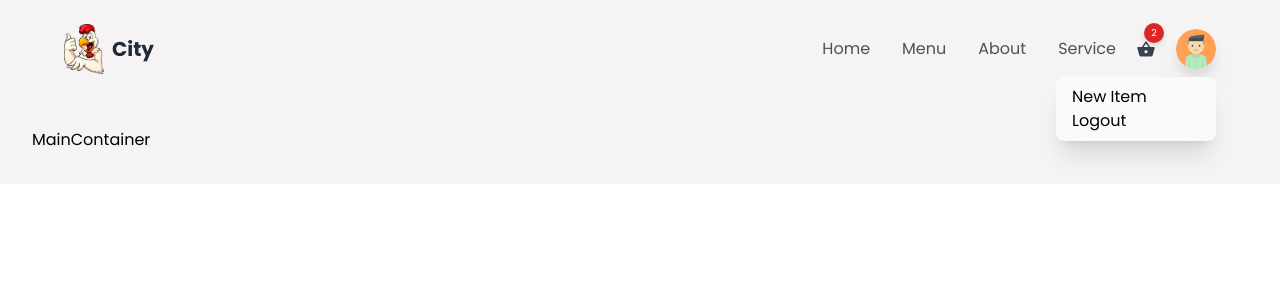
Repository: shikubro90/foodApp
Page: /
The author's editor kept a copy of each file at every save. The page is drawn from the files as they stood at one save, then again after a run of saves.
The browser window is 1280 px wide. The pictures show the whole page.
The project was rebuilt for these pictures with package versions that can differ from the ones it lists, and the page was loaded fresh each time. Also part of the build but not shown: src/Components/CreateContainer.jsx.

Above is the page before, as saved 2022-09-21 19:27:56.

After the next 4 saves:
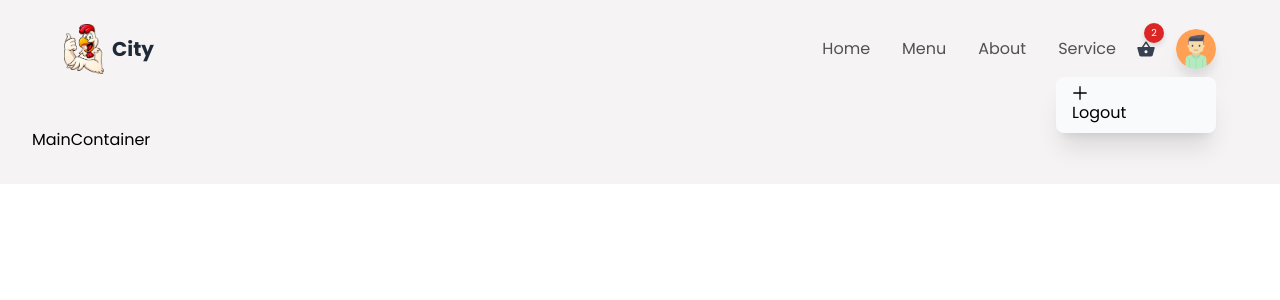
The 4 saves are shown as one change because they came seconds apart.
The last was saved 13 s later.
--- a/src/Components/Header.jsx
+++ b/src/Components/Header.jsx
@@ -90,7 +90,7 @@
               onClick={login}
             />
             <div className='w-40 shadow-xl absolute bg-gray-50 right-0 top-12 rounded-lg flex flex-col px-4 py-2'>
-              <p>New Item</p>
+              <p><GrAdd/></p>
               <p>Logout</p>
             </div>
 

After the 2 saves that followed:
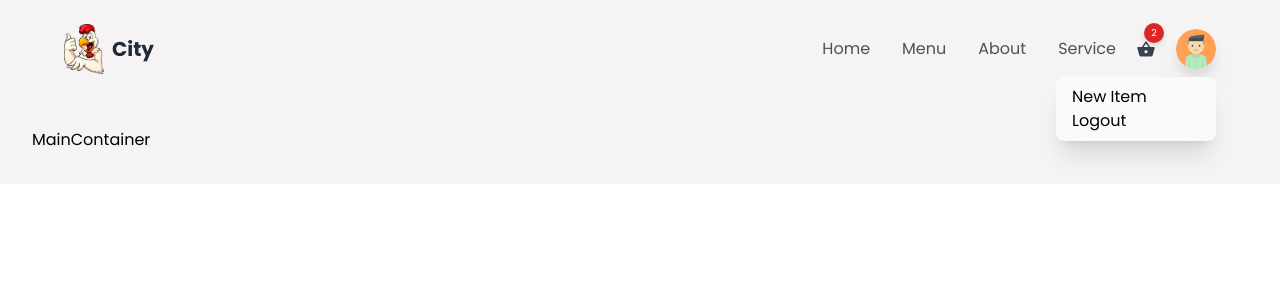
The 2 saves are shown as one change because they came seconds apart.
The last was saved 7 s later.
--- a/src/Components/Header.jsx
+++ b/src/Components/Header.jsx
@@ -90,7 +90,7 @@
               onClick={login}
             />
             <div className='w-40 shadow-xl absolute bg-gray-50 right-0 top-12 rounded-lg flex flex-col px-4 py-2'>
-              <p><GrAdd/></p>
+              <p>New Item </p>
               <p>Logout</p>
             </div>
 
